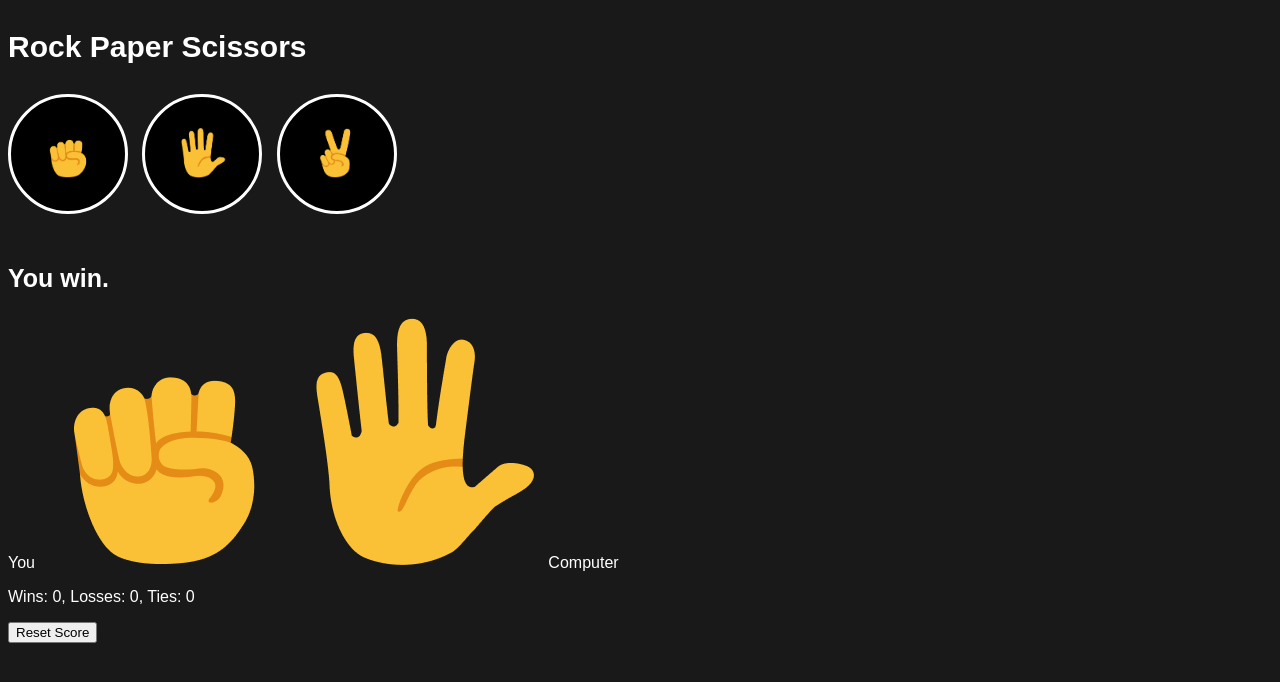
Repository: Samkiroko/Javascript-course
Page: 10-rock-paper-scissior.html
These files come from the project's save history. The page is drawn as it stood at one moment and after the next save; the edit follows.
The browser window is 1280 px wide. The pictures show the whole page.

Above is the page before, as saved 2023-08-28 11:32:07.

After the next save:
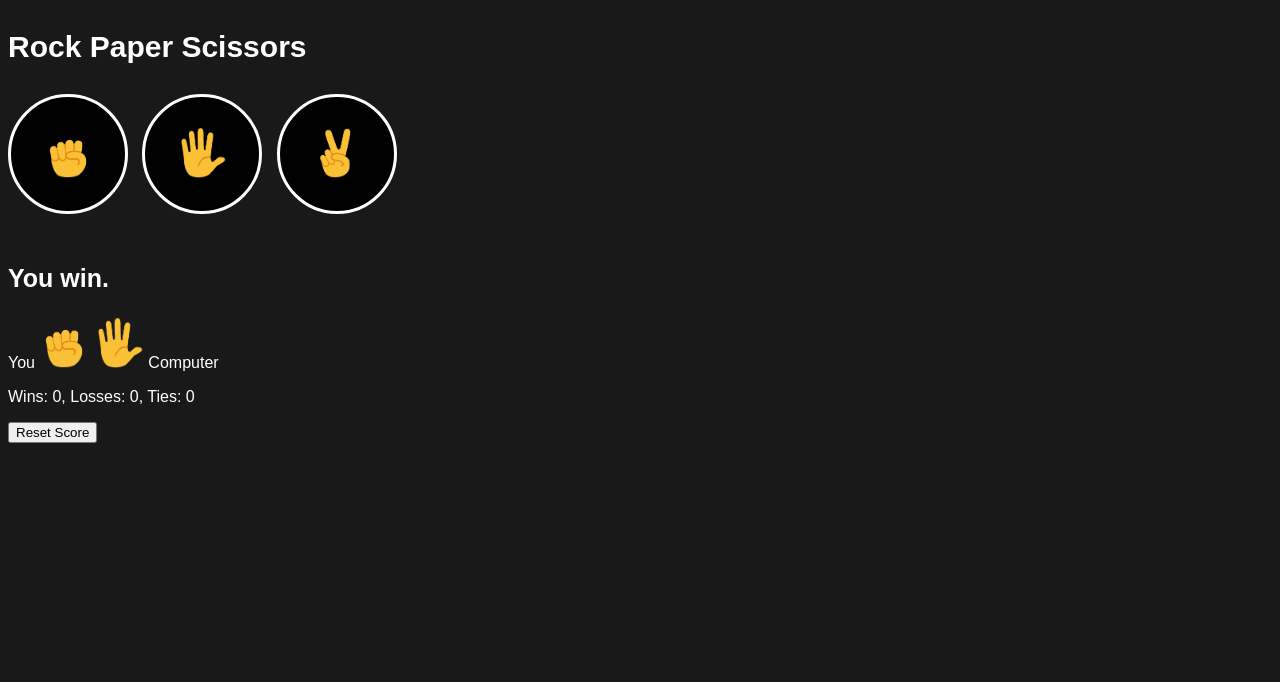
Saved 53 s later.
--- a/10-rock-paper-scissior.html
+++ b/10-rock-paper-scissior.html
@@ -62,10 +62,10 @@
     <p class="js-result result">You win.</p>
     <p class="js-moves">
       You
-      <span class="move-icon"
-        ><img src="/img/rock-emoji.png" alt="" />
-        <img src="/img/paper-emoji.png" alt=""
-      /></span>
+      <span class=""
+        ><img src="/img/rock-emoji.png" alt="" class="move-icon" />
+        <img src="/img/paper-emoji.png" alt="" class="move-icon" />
+      </span>
       Computer
     </p>
     <p class="js-score"></p>
